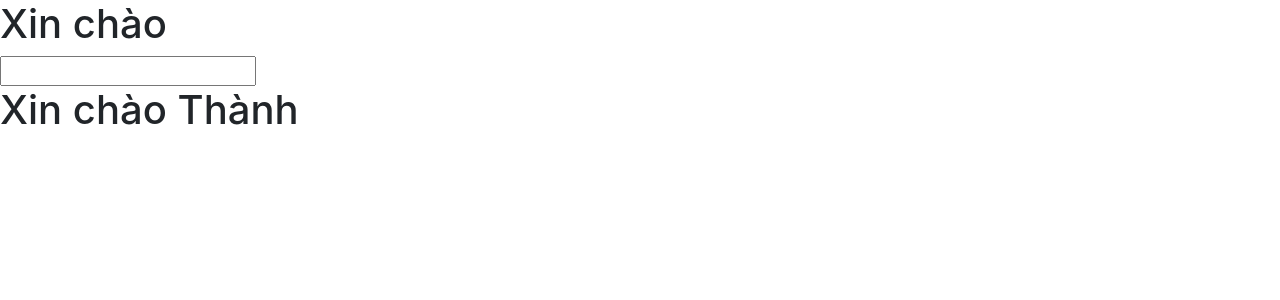
Repository: anhthanh96vp/pre-learner
Page: Vuejs/component/5-component.html
These files come from the project's save history. The page is drawn as it stood at one moment and after the next save; the edit follows.
The browser window is 1280 px wide. The pictures show the whole page.
Some web libraries are served in a nearby version.

Above is the page before, as saved 2018-05-24 14:23:18.

After the next save:
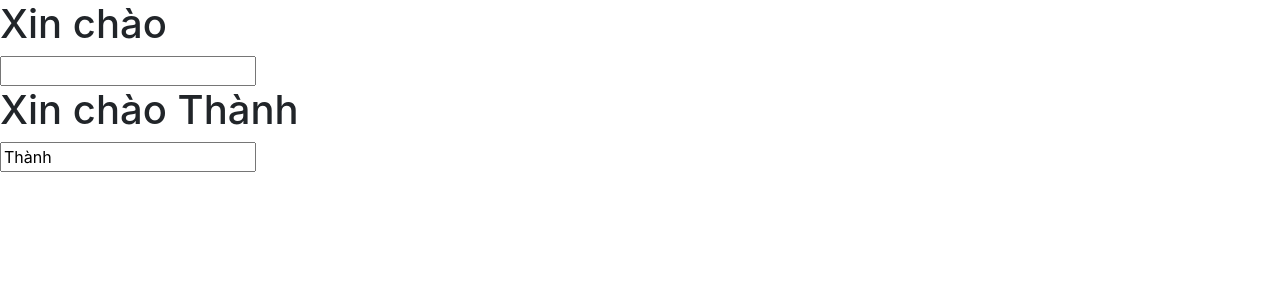
Saved 2 min 59 s later.
--- a/Vuejs/component/5-component.html
+++ b/Vuejs/component/5-component.html
@@ -20,8 +20,10 @@
     </template>
 
     <template id="all-template">
-        <hello-component :user-name="userName"></hello-component>
+        <div>
+            <hello-component :user-name="userName"></hello-component>
         <form-component :user-name="userName"></form-component>
+        </div>
     </template>
 
 
